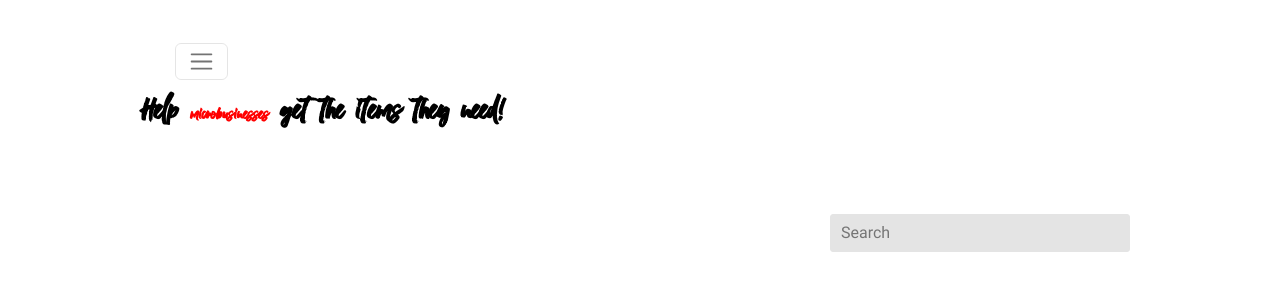
Repository: David-Waite/edableStyleChanges
Page: /
An editor plug-in stored every save of this project. The page is shown before and after the next save, followed by the edit.
The browser window is 1280 px wide. The pictures show the whole page.
The project was rebuilt for these pictures with package versions that can differ from the ones it lists, and the page was loaded fresh each time. Also part of the build but not shown: src/components/Item/ProgressBar.css, src/components/Volunteer/Volunteer.tsx, src/components/DonorForm/Message.css, src/components/Volunteer/VolunteerError.tsx, src/components/Default.tsx, src/components/DonorForm/Paypal.tsx, src/components/DonorForm/DonorForm.tsx, src/components/Organisation/Organisation.module.css and 9 more.

Above is the page before, as saved 2022-10-27 17:44:24.

After the next save:
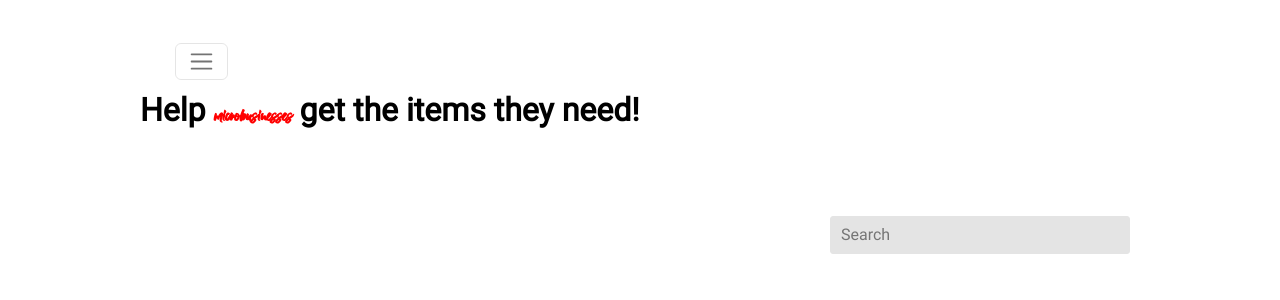
Saved 15 s later.
--- a/src/components/Landing/ItemsCollection.module.css
+++ b/src/components/Landing/ItemsCollection.module.css
@@ -10,7 +10,7 @@
 .title {
   font-size: 32px;
   color: black;
-  font-family: "black_stonealternative";
+  font-family: "Roboto";
   margin-top: 60px;
   margin-bottom: 60px;
 }
